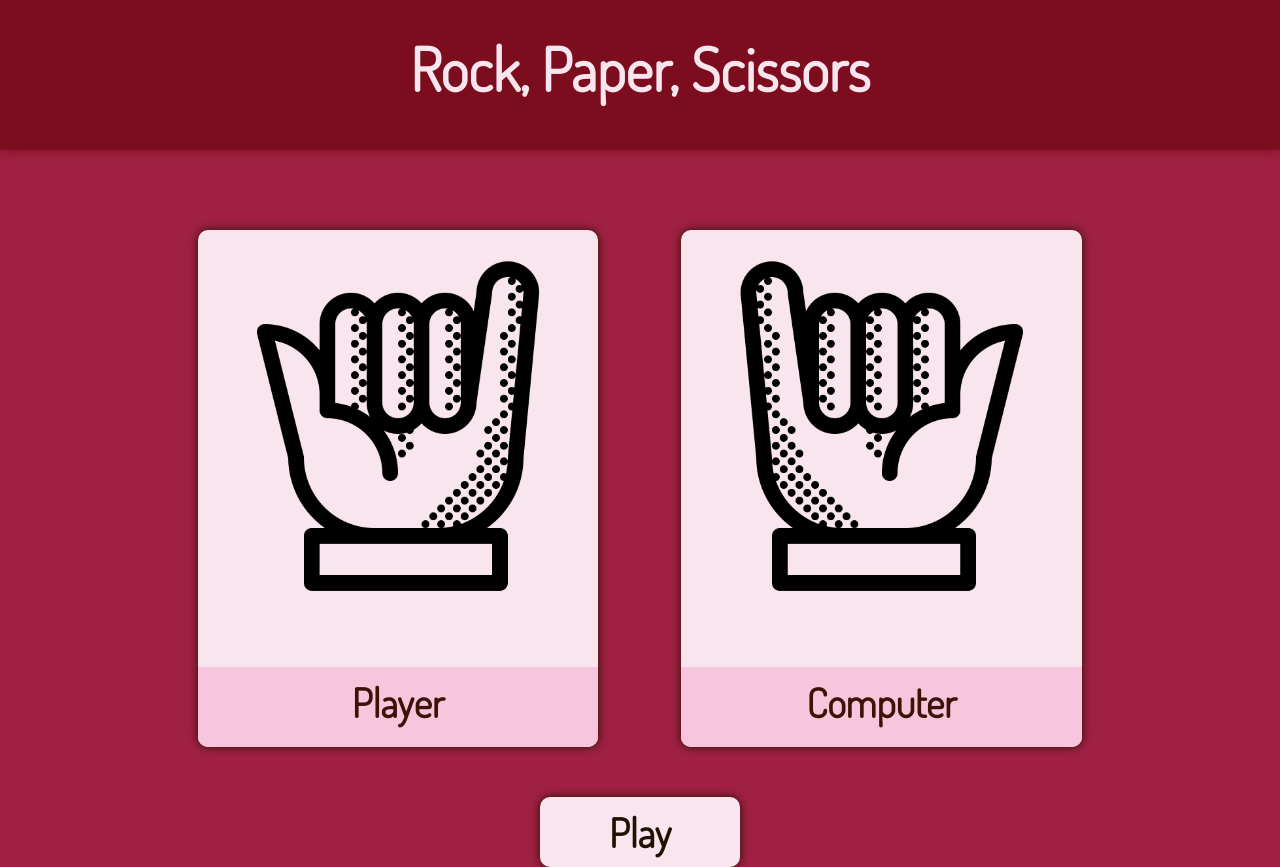
Repository: shayanabedi98/rock-paper-scissors
Page: index.html
An editor plug-in stored every save of this project. The page is shown before and after the next save, followed by the edit.
The browser window is 1280 px wide. The pictures show the whole page.

Above is the page before, as saved 2023-07-13 20:02:23.

After the next save:
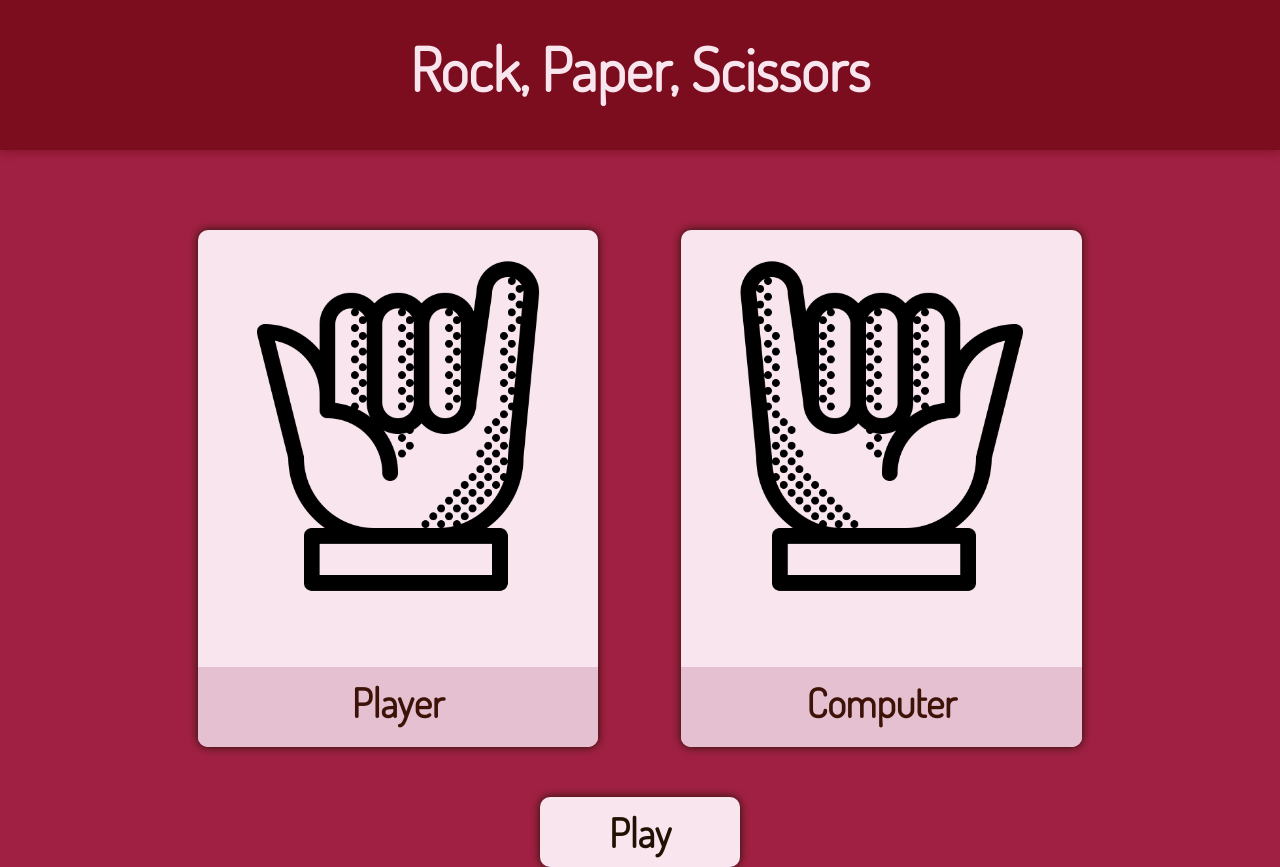
Saved 4 s later.
--- a/styles.css
+++ b/styles.css
@@ -41,7 +41,7 @@ h1 {
 .card h2 {
     font-size: 40px;
     color: #3D1308;
-    background-color: #f7c6dd;
+    background-color: #e4c0d1;
     margin-bottom: 0;
     height: 70px;
     padding-top: 10px;
